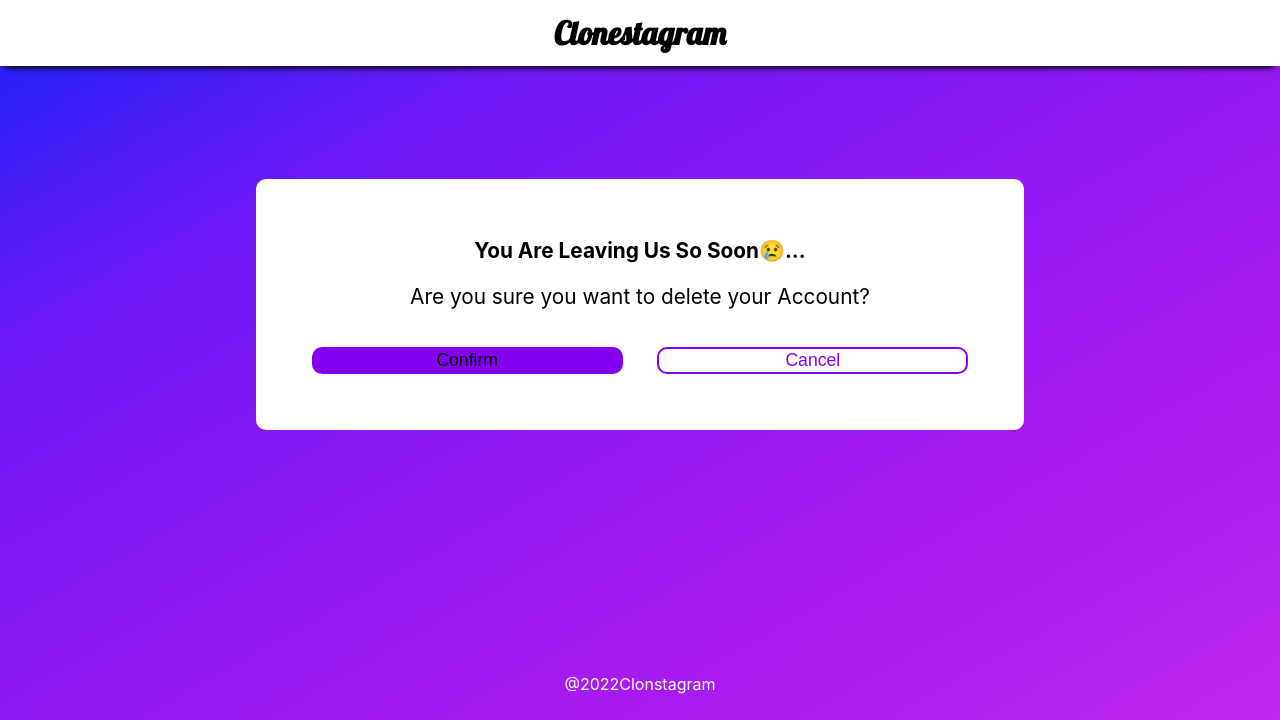
Repository: MikeMoore55/clonestagram
Page: /delaccount
These files come from the project's save history. The page is drawn as it stood at one moment and after the next save; the edit follows.
The browser window is 1280 px wide. The pictures show the whole page.
The page's requests for data from a server got no answer. The project was rebuilt for these pictures with package versions that can differ from the ones it lists, and the page was loaded fresh each time. The framework's server and built-in components were replaced by stand-ins that run in the browser. No one was signed in, and anything a server would have sent is missing. Also part of the build but not shown: next.config.js.

Above is the page before, as saved 2022-11-24 09:18:25.

After the next save:
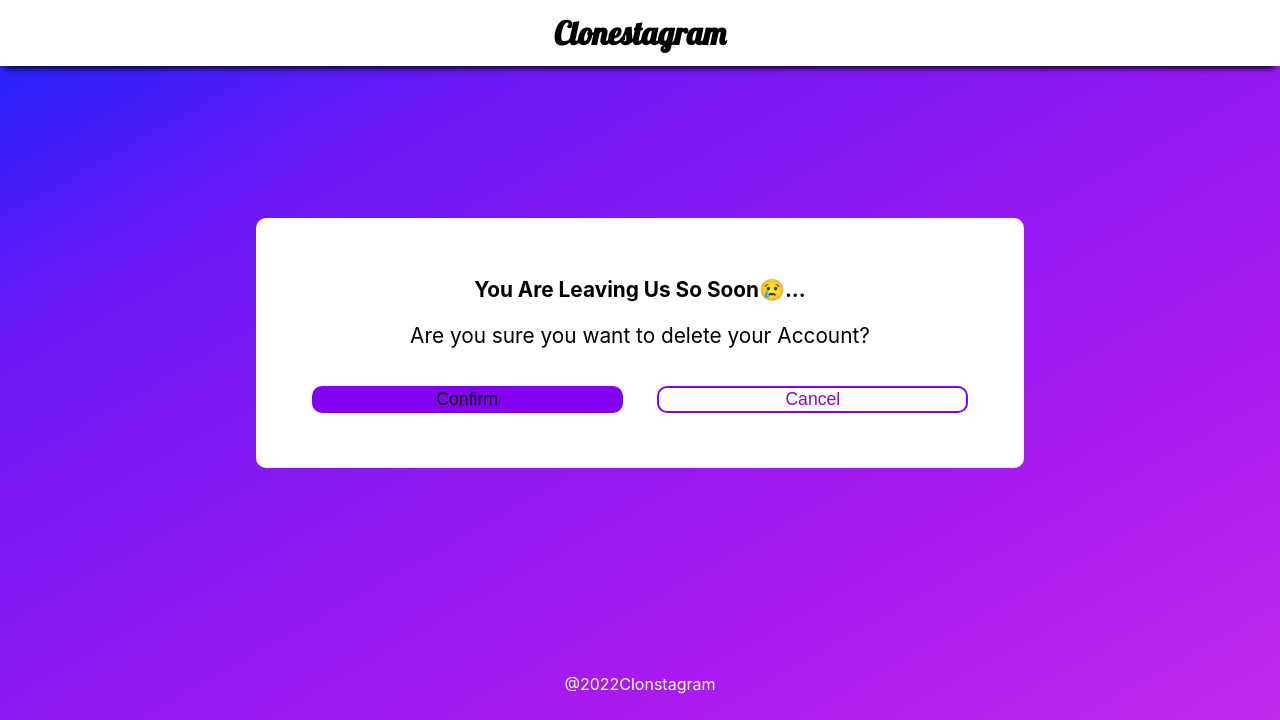
Saved 11 s later.
--- a/styles/DelAccount.module.css
+++ b/styles/DelAccount.module.css
@@ -125,7 +125,7 @@
 
     .block {
         width: 60%;
-        margin: 7% 20% 5% 20%;
+        margin: 10% 20% 5% 20%;
         padding: 3% 3% 3% 3%;
     }
 
